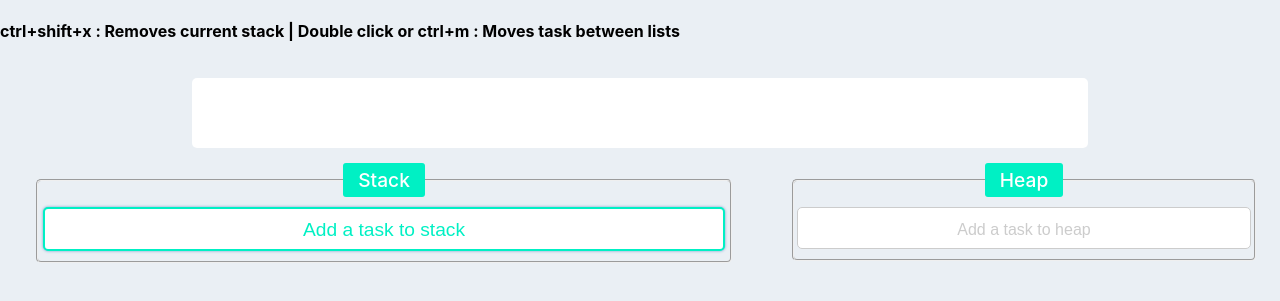
Repository: litalsh/meeting_v1
Page: /
An editor plug-in stored every save of this project. The page is shown before and after the next save, followed by the edit.
The browser window is 1280 px wide. The pictures show the whole page.
The project was rebuilt for these pictures with package versions that can differ from the ones it lists, and the page was loaded fresh each time. Also part of the build but not shown: src/Task.js.

Above is the page before, as saved 2020-12-07 11:40:10.

After the next save:
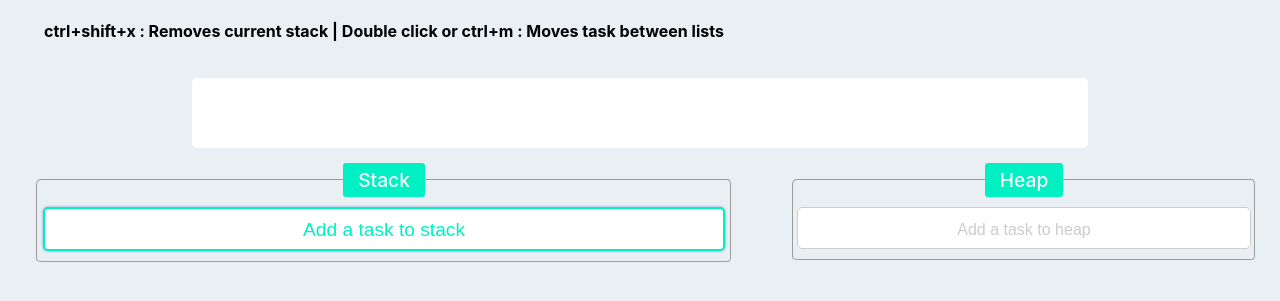
Saved 43 s later.
--- a/src/App.css
+++ b/src/App.css
@@ -1,5 +1,9 @@
 body{
  background-color:  #eaeff4;
+}
+
+h4 {
+  text-align: center;
 }
 
 .container {
